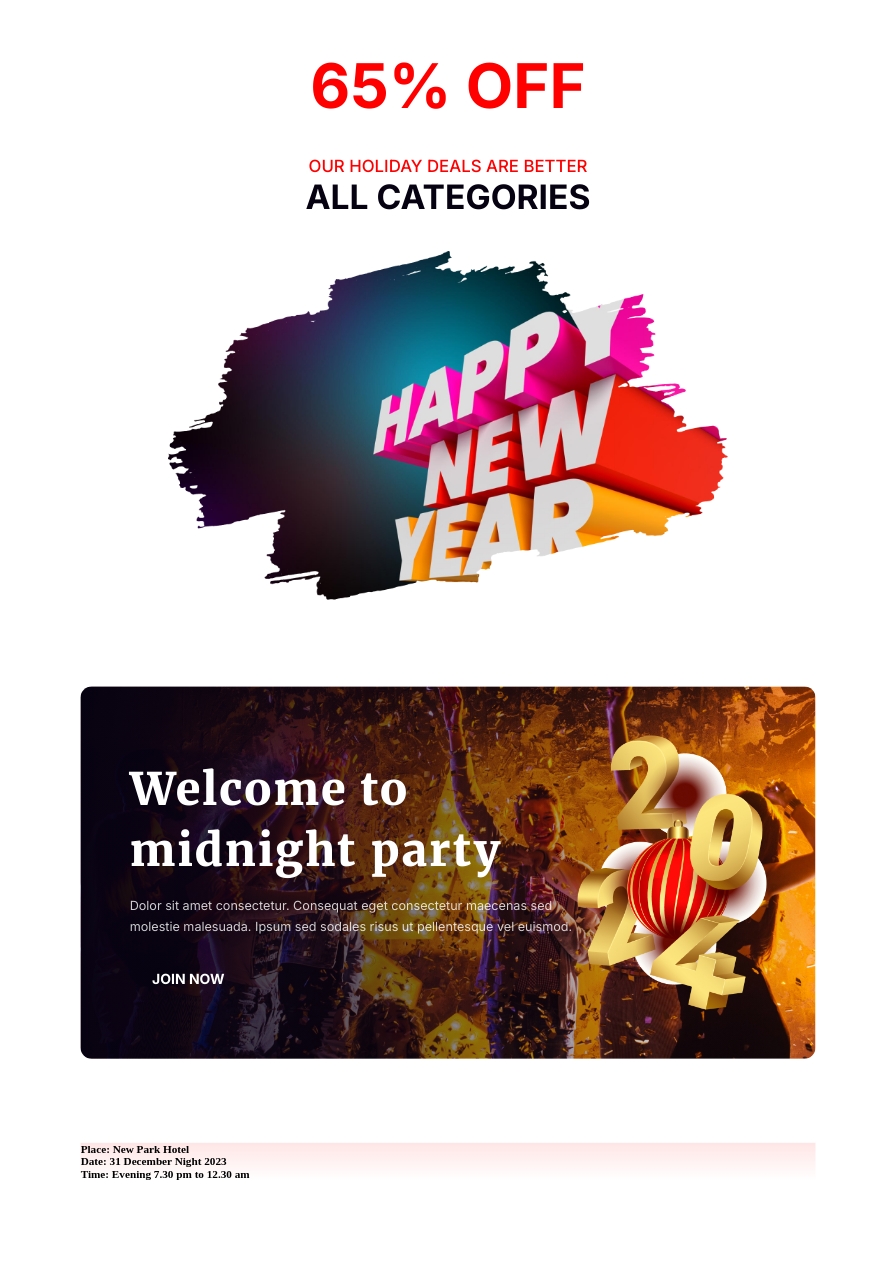
Repository: rahmatahmedrifat/First-Assignment
Page: index.html
An editor plug-in stored every save of this project. The page is shown before and after the next save, followed by the edit.
The browser window is 1280 px wide. The pictures show the part of the page from y = 682 to 2602 px (the page is 2488 px tall before and 2602 px after), at 70% of full size.

Above is the page before, as saved 2024-01-08 03:52:37.

### index.html
<!DOCTYPE html>
<html lang="en">
<head>
    <meta charset="UTF-8">
    <meta name="viewport" content="width=device-width, initial-scale=1.0">
    <!-- Title  -->
    <title>New Year 2024</title>
    <!-- favicon icon linked -->
    <link rel="shortcut icon" href="images/banner and other images/New Year Photo.png" type="image/x-icon">
    <!-- style css linked-->
    <link rel="stylesheet" href="Style/style.css">
</head>
<body>
    <!-- header part  -->
    <header>
        <!-- banner section part -->
        <section id="banner">
            <div class="container">
                <div class="banner-container">
                    <div class="banner-content">
                        <h3 class="celebration">Happy New Year</h3>
                        <h2 class="banner-title">New Year Party Celebration</h2>
                    </div>
                </div>
            </div>
        </section>
    </header>
    <!-- main part -->
    <main>
        <!-- categories section part  -->
            <section id="categories">
                <div class="container">
                    <div class="categories-container">
                        <h2 class="categories-discount">65% OFF</h2>
                        <p class="all-summery">OUR HOLIDAY DEALS ARE BETTER</p>
                        <h3 class="categories-title">ALL CATEGORIES</h3>
                        <div class="categories-img">
                            <img id="new-year-img" src="images/New Year Photo.png" alt="Happy New Year">
                        </div>
                    </div>
                </div>
            </section>

            <!-- party-banner section part -->
            <section id="party-banner">
                <div class="container">
                    <div class="party-container">
                        <div class="party-content">
                            <h2 class="party-title">Welcome to midnight party</h2>
                            <p class="party-description">Dolor sit amet consectetur. Consequat eget consectetur maecenas sed molestie malesuada. Ipsum sed sodales risus ut pellentesque vel euismod. </p>
                            <button id="join-now-btn">JOIN NOW</button>
                        </div>
                        <img class="party-img" src="images/icon/Group 70.png" alt="party-img">
                    </div>
                </div>
            </section>
            <!-- Announce section part -->
            <section id="announce">
                <div class="container">
                    <div class="announce-content">
                        <h4 class="announce-title"><span class="title-color">Place:</span> New Park Hotel</h4>
                        <h4 class="announce-title"><span class="title-color">Date:</span> 31 December Night 2023</h4>
                        <h4 class="announce-title"><span class="title-color">Time:</span> Evening 7.30 pm to 12.30 am</h4>
                    </div>
                </div>
            </section>

    </main>
    <!--  footer part -->
    <footer></footer>
</body>
</html>

### Style/style.css
/* import google fonts */
@import url('https://fonts.googleapis.com/css2?family=Inter:wght@100;200;300;400;500;600;700;800;900&family=Merriweather:ital,wght@0,300;0,400;0,700;0,900;1,300;1,400;1,700;1,900&display=swap');

*{
    margin: 0;
    padding: 0;
    outline: 0;
}

.container{
    width: 82%;
    margin: 0 auto;
}
/* banner section related css style */
#banner{
    margin-top: 30px;
}
.banner-container{
    background-image: linear-gradient(180deg, #070211 0%, rgba(7, 2, 17, 0.00) 100%), url(../images/Banner\ Image.png);
    background-size: cover;
    background-repeat: no-repeat;
    background-position: center;
    border-radius: 16px;
    padding: 177px 0px;
}
.banner-container .banner-content{
    width: 632px;
    margin: 0 auto;
}
.banner-container .banner-content .celebration{
    color: #FFF;
    text-align: center;
    font-family: Merriweather;
    font-size: 32px;
    font-style: normal;
    font-weight: 400;
    line-height: normal;
    margin-bottom: 16px;
    z-index: 99;
}
.banner-container .banner-content .banner-title{
    color: #FFF;
    text-align: center;
    font-family: Merriweather;
    font-size: 72px;
    font-style: normal;
    font-weight: 900;
    line-height: 95px;
}
/* categories section related css style */

#categories{
    margin: 120px 0px;
}
.categories-container .categories-discount{
    font-family: Inter;
    font-size: 88px;
    font-style: normal;
    font-weight: 700;
    color: #F00;
    text-align: center;
    line-height: normal;
    margin-bottom: 48px;
}
.all-summery{
    font-family: Inter;
    font-size: 24px;
    font-style: normal;
    font-weight: 500;
    color: #F00;
    text-align: center;
    line-height: normal;
}
.categories-container .categories-title{
    font-family: Inter;
    font-size: 48px;
    font-style: normal;
    font-weight: 700;
    color: #070211;
    text-align: center;
    line-height: normal;
    margin-bottom: 48px;
}
.categories-container .categories-img{
    width: 800px;
    margin: 0 auto;
}
.categories-img #new-year-img{
    max-width: 100%;
}

/* party-banner section css style  */
#party-banner{

}
.party-container{
    background-image: linear-gradient(90deg, #070211 0%, rgba(7, 2, 17, 0.00) 100%), url(../images/Vectorrr.png);
    background-position: center;
    background-repeat: no-repeat;
    background-size: cover;
    display: flex;
    align-items: center;
    justify-content: space-between;
    border-radius: 16px;
    padding: 70px 70px;
}
.party-container .party-content{
    width: 900px;
}
.party-content .party-title{
    font-family: Merriweather;
    font-size: 64px;
    font-style: normal;
    font-weight: 900;
    color: #FFF;
    line-height: 88px;
    letter-spacing: 3px;
}
.party-content .party-description{
    font-family: Inter;
    font-size: 18px;
    font-style: normal;
    font-weight: 400;
    color: rgba(255, 255, 255, 0.80);
    line-height: 30px;
    margin-top: 20px;
}
#join-now-btn{
    font-family: Inter;
    font-size: 20px;
    font-style: normal;
    font-weight: 700;
    color: #FFF;
    background: transparent;
    line-height: normal;
    text-transform: uppercase;
    border: none;
    cursor: pointer;
    margin-top: 48px;
    margin-left: 32px;
}
.party-container .party-img{
    width: 270px;
    max-width: 100%;
}

/* Announce section css style */

#announce{
    margin: 120px 0px;
}
.announce-content{
    background: linear-gradient(180deg, rgba(255, 0, 0, 0.10) 0%, rgba(255, 0, 0, 0.00) 100%);
}
.announce-content .announce-title{

}

After the next save:
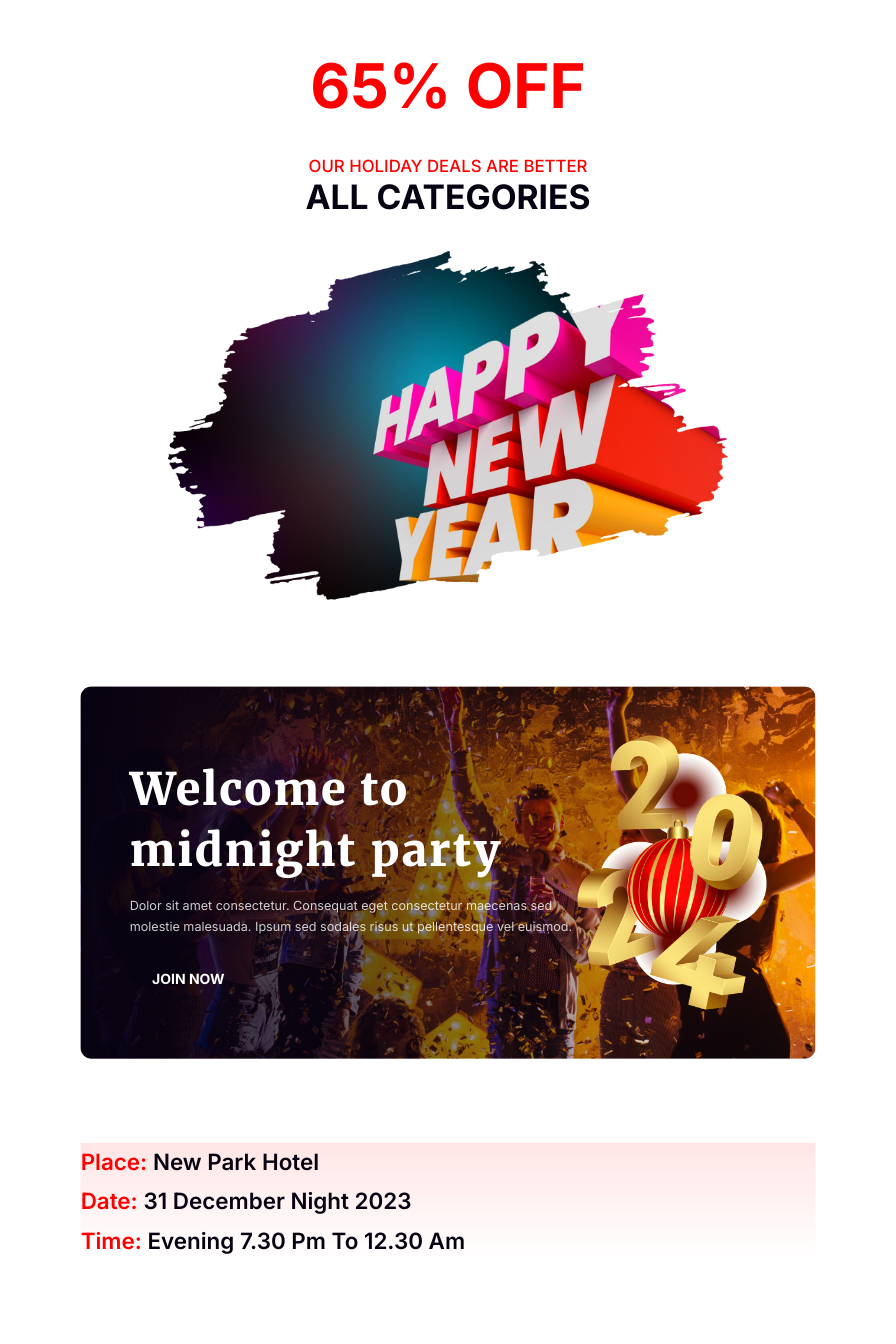
Saved 80 s later.
--- a/Style/style.css
+++ b/Style/style.css
@@ -153,5 +153,14 @@
     background: linear-gradient(180deg, rgba(255, 0, 0, 0.10) 0%, rgba(255, 0, 0, 0.00) 100%);
 }
 .announce-content .announce-title{
-
+    color: #070211;
+    font-family: Inter;
+    font-size: 32px;
+    font-style: normal;
+    font-weight: 600;
+    line-height: 56px;
+    text-transform: capitalize;
 }
+.announce-content .announce-title .title-color{
+    color: #F00;
+}
